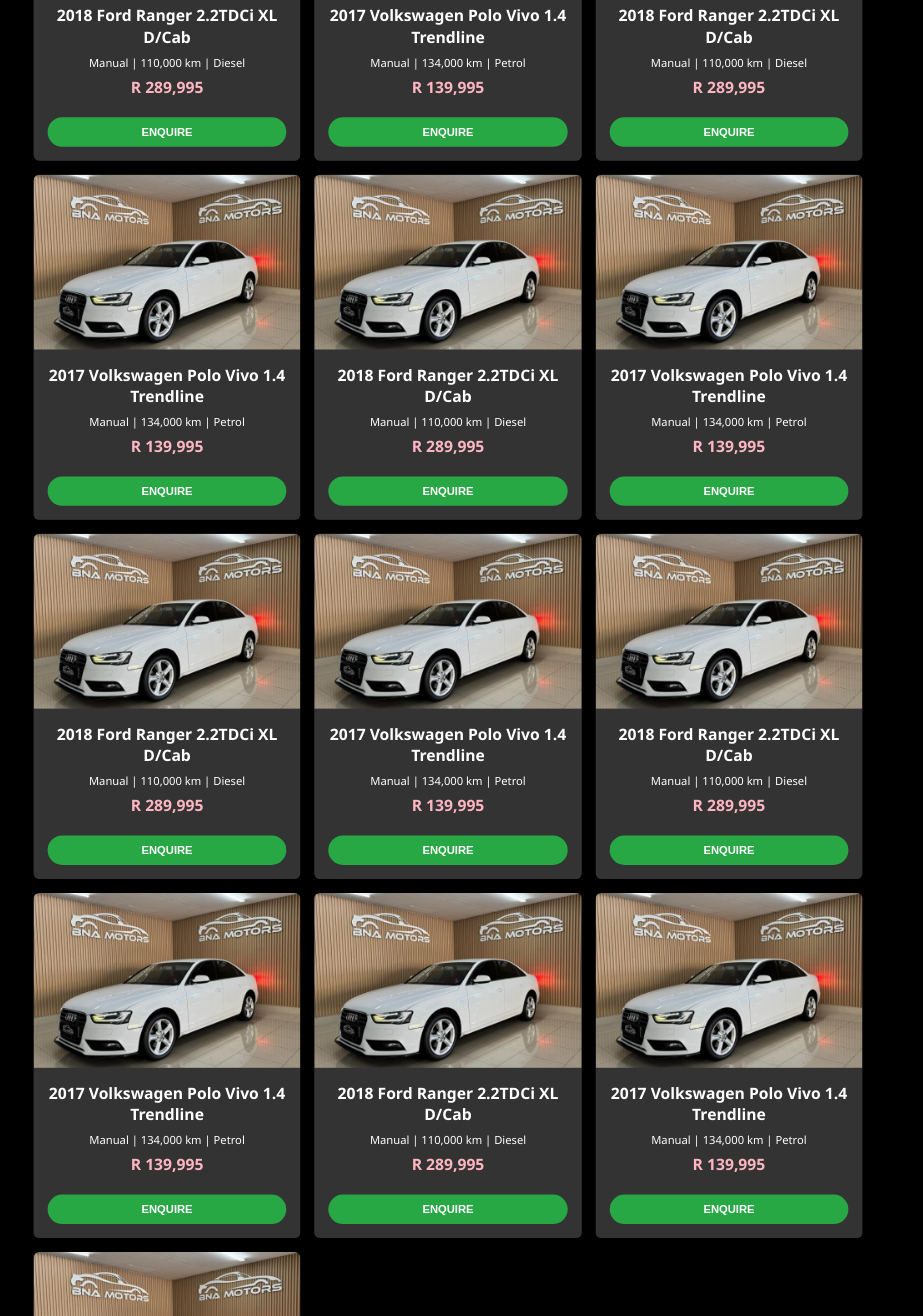
Repository: The-man-of-books/BNA2
Page: index.html
An editor plug-in stored every save of this project. The page is shown before and after the next save, followed by the edit.
The browser window is 1280 px wide. The page is 1318 px wide, so the pictures cover 1318 px, including what lies to the right of the window. The pictures show the part of the page from y = 3231 to 5111 px (the page is 12282 px tall before and 10743 px after), at 70% of full size.

Above is the page before, as saved 2025-07-02 19:04:37.
Console error: TypeError: Cannot set properties of null (setting 'innerHTML')

### index.html
<!DOCTYPE html>
<html lang="en">
<head>
  <meta charset="UTF-8" />
  <meta name="viewport" content="width=device-width, initial-scale=1.0"/>
  <title>BNA Motors</title>
  <link rel="stylesheet" href="style.css" />
  <!-- Slick Carousel CSS -->

</head>

<header class="bna-header">
  <!-- Top Logo Row -->
  <a href="#" class="logo">

      <img src="images/OPT_2.png" alt="BNA Motors Logo" />
    </a>

  <!-- Navigation Bar -->
  <nav class="main-nav">
    <ul>
      <li><a href="#">HOME</a></li>
      <li><a href="#vehicle-listings">PRE-OWNED</a></li>
      <li><a href="#sell-my-car">SELL MY CAR</a></li>
      <li><a href="#finance-application">FINANCE</a></li>
      <li><a href="#contact-us">CONTACT</a></li>
      <li><a href="#bank-repossessed-cars.html">BANK REPOSSESSED CARS</a></li>
      <li>
        <a href="https://wa.me/27783350897?text=Website%20Inquiry%20-%20Please%20Contact%20Me" target="_blank">
          WHATSAPP <img src="https://upload.wikimedia.org/wikipedia/commons/6/6b/WhatsApp.svg" alt="WhatsApp" class="whatsapp-icon" />
        </a>
      </li>
    </ul>
  </nav>

</header>
<section class="carousel">
  <div class="carousel-container">
    <ul class="carousel-track">
      <li class="carousel-slide">
        <img src="images/BNA9610-1.jpeg" alt="Car 1" />
      </li>
      <li class="carousel-slide">
        <img src="images/BNA9544-1.jpeg" alt="Car 2" />
      </li>
      <li class="carousel-slide">
        <img src="images/BNA9382-5.jpeg" alt="Car 3" />
      </li>
    </ul>
  </div>

  <button class="carousel-button carousel-button-left">&#10094;</button>
  <button class="carousel-button carousel-button-right">&#10095;</button>
</section>
<body>
<section class="hero-message">
  <div class="hero-text">
    <h1>WELCOME TO BNA MOTORS</h1>
    <div class="underline"></div>
    <p>QUALITY PRE-OWNED VEHICLES IN THE WESTERN CAPE</p>
  </div>

  <div class="hero-actions">
    <button class="compare-btn">COMPARE SELECTED VEHICLES</button>
  </div>

</section>

<section id="vehicle-listings" class="vehicle-listings">
  <h2 style="color: white; text-align: center; margin-bottom: 30px;">Available Vehicles</h2>

  <div id="mainCarGrid" class="vehicle-grid"></div>

  <div id="mainCarPagination" class="pagination"></div>

  <p id="mainCarStatus" style="color: #ffff00; text-align: center;"></p>
</section>



<section id="bank-repo" class="vehicle-listings">
  <div class="container">
    <h2 style="color: white; text-align: center; margin-bottom: 30px;">Bank Repossessed Cars</h2>

    <div id="bankRepoGrid" class="vehicle-grid"></div>

    <div id="pagination" class="pagination"></div>
  </div>
  <p id="jsonStatus" style="color: #ffff00; text-align: center;"></p>
</section>


<section id="sell-my-car" class="sell-my-car-section">
  <h2>Sell My Car</h2>
  <form action="https://formspree.io/f/YOUR_FORM_ID" method="POST" class="sell-my-car-form">
    <div class="form-row">
      <input type="text" name="title" placeholder="Title*" required>
      <input type="text" name="name" placeholder="Name*" required>
    </div>
    <div class="form-row">
      <input type="text" name="surname" placeholder="Surname*" required>
      <input type="email" name="email" placeholder="Email Address*" required>
    </div>
    <div class="form-row">
      <input type="text" name="contact" placeholder="Contact Number*" required>
      <input type="text" name="suburb" placeholder="Suburb*" required>
    </div>
    <div class="form-row">
      <input type="text" name="province" placeholder="Province*" required>
      <input type="text" name="year" placeholder="Year Manufactured*" required>
    </div>
    <div class="form-row">
      <input type="text" name="make" placeholder="Make*" required>
      <input type="text" name="model" placeholder="Model*" required>
    </div>
    <div class="form-row">
      <input type="text" name="derivative" placeholder="Derivative*" required>
      <input type="text" name="odometer" placeholder="Odometer Reading (KM)*" required>
    </div>
    <div class="form-row">
      <input type="text" name="date" placeholder="Date Registered*" required>
      <input type="text" name="condition" placeholder="Vehicle Condition*" required>
    </div>
    <div class="form-row">
      <input type="text" name="damage" placeholder="Damage or mechanical issues?" required>
    </div>
    <div class="form-row">
      <textarea name="comment" placeholder="Additional Comments (optional)"></textarea>
    </div>
    <div class="form-row checkbox-row">
      <label>
        <input type="checkbox" required>
        I consent to being contacted about this request.
      </label>
    </div>
    <div class="form-row">
      <button type="submit">SUBMIT</button>
    </div>
  </form>
</section>

<section id="finance-application" class="finance-form-section">
  <h2>Finance Application</h2>
  <form action="https://formspree.io/f/YOUR_FORM_ID" method="POST" class="finance-form">
    <!-- VEHICLE -->
    <div class="form-row">
      <label>Which Vehicle (e.g. 2010 2.0)</label>
      <input type="text" name="vehicle_description" required>
    </div>

    <!-- PERSONAL DETAILS -->
    <h3>Personal Details</h3>
    <div class="form-row">
      <select name="title" required>
        <option value="">- Select -</option>
        <option>Mr</option><option>Ms</option><option>Mrs</option>
      </select>
      <input type="text" name="surname" placeholder="Surname*" required>
      <input type="text" name="full_names" placeholder="Full Names*" required>
    </div>
    <div class="form-row">
      <input type="text" name="cell" placeholder="Cell Number*" required>
      <input type="email" name="email" placeholder="Email Address*" required>
      <input type="text" name="sex" placeholder="Sex*" required>
    </div>
    <div class="form-row">
      <input type="text" name="id_number" placeholder="ID Number*" required>
      <input type="number" name="dependants" placeholder="No. of Dependants*" required>
    </div>
    <div class="form-row">
      <select name="marital_status">
        <option value="">Not Selected</option>
        <option>Single</option><option>Married</option><option>Divorced</option>
      </select>
      <select name="marital_contract">
        <option value="">Not Selected</option>
        <option>In community</option><option>Out of community</option>
      </select>
    </div>
    <div class="form-row">
      <input type="text" name="marriage_day" placeholder="Marriage Day (dd)">
      <input type="text" name="marriage_month" placeholder="Marriage Month (mm)">
      <input type="text" name="marriage_year" placeholder="Marriage Year (yyyy)">
    </div>

    <!-- HOME ADDRESS -->
    <h3>Home Address</h3>
    <div class="form-row">
      <input type="text" name="street1" placeholder="Street 1">
      <input type="text" name="street2" placeholder="Street 2">
      <input type="text" name="street3" placeholder="Street 3">
    </div>
    <div class="form-row">
      <input type="text" name="suburb" placeholder="Suburb">
      <input type="text" name="city" placeholder="City">
      <input type="text" name="postal_code" placeholder="Postal Code">
    </div>
    <div class="form-row">
      <input type="text" name="duration_at_address" placeholder="How long have you stayed? (Years/Months)">
    </div>

    <!-- POSTAL ADDRESS -->
    <h3>Postal Address</h3>
    <div class="form-row">
      <input type="text" name="po_box1" placeholder="P.O. Box 1">
      <input type="text" name="po_box2" placeholder="P.O. Box 2">
      <input type="text" name="po_box3" placeholder="P.O. Box 3">
    </div>
    <div class="form-row">
      <input type="text" name="po_suburb" placeholder="P.O. Box Suburb">
      <input type="text" name="po_city" placeholder="P.O. Box City">
      <input type="text" name="po_postal_code" placeholder="P.O. Box Postal Code">
    </div>

    <!-- CONTACTS -->
    <div class="form-row">
      <input type="text" name="tel_home" placeholder="Telephone (Home)">
      <input type="text" name="tel_work" placeholder="Telephone (Work)">
    </div>
    <div class="form-row">
      <input type="text" name="spouse_name" placeholder="Spouse Name (if married)">
      <input type="text" name="spouse_id" placeholder="Spouse ID">
      <input type="text" name="spouse_cell" placeholder="Spouse Cell">
    </div>

    <!-- REFERENCE -->
    <h3>Reference (Not living with you)</h3>
    <div class="form-row">
      <input type="text" name="ref_name" placeholder="Name">
      <input type="text" name="ref_surname" placeholder="Surname">
      <input type="text" name="ref_cell" placeholder="Cell Number">
      <input type="text" name="ref_relationship" placeholder="Relationship">
    </div>
    <div class="form-row">
      <input type="text" name="ref_address" placeholder="Address">
    </div>

    <!-- EMPLOYMENT -->
    <h3>Employer Details</h3>
    <div class="form-row">
      <input type="text" name="employer" placeholder="Company Name">
      <input type="text" name="manager" placeholder="Manager's Name">
      <select name="occupation">
        <option value="">Occupation</option>
        <option>Clerk</option><option>Supervisor</option><option>Other</option>
      </select>
    </div>
    <div class="form-row">
      <input type="text" name="work_duration" placeholder="Time at Job (Years/Months)">
      <input type="text" name="employer_address" placeholder="Employer Address">
      <input type="text" name="employer_tel" placeholder="Employer Telephone">
    </div>
    <div class="form-row">
      <input type="text" name="pay_date" placeholder="When do you get paid?">
    </div>

    <!-- BANKING -->
    <h3>Banking Details</h3>
    <div class="form-row">
      <select name="bank">
        <option value="">Who do you bank with?</option>
        <option>ABSA</option><option>FNB</option><option>Standard Bank</option><option>Capitec Bank</option><option>Nedbank</option>
      </select>
      <select name="account_type">
        <option value="">Type of Account</option>
        <option>Cheque</option><option>Savings</option><option>Credit</option>
      </select>
    </div>
    <div class="form-row">
      <input type="text" name="branch_name" placeholder="Bank Branch Name">
      <input type="text" name="account_number" placeholder="Account Number">
      <input type="text" name="branch_number" placeholder="Branch Code">
    </div>
    <div class="form-row">
      <input type="text" name="account_holder" placeholder="Name of Account Holder">
    </div>

    <!-- INCOME & EXPENSES -->
    <h3>Income and Expenses</h3>
    <div class="form-row">
      <input type="text" name="income_before" placeholder="Income Before Deductions">
      <input type="text" name="income_after" placeholder="Income After Deductions">
      <input type="text" name="expenses_total" placeholder="Total Expenses (Rent, Food, etc)">
    </div>
    <div class="form-row">
      <textarea name="expenses_breakdown" placeholder="Breakdown: Bond, Water, Transport, Loans, Credit Cards, Food, Clothing, Insurance, etc" rows="5"></textarea>
    </div>

    <!-- AGREEMENT -->
    <div class="form-row agreement">
      <label>
        <input type="checkbox" required>
        I hereby consent to a credit check and declare all info provided is true and correct.
      </label>
    </div>

    <div class="form-row">
      <button type="submit">SUBMIT</button>
    </div>
  </form>
</section>

<section id="contact-us" class="contact-form-section">
  <h2>Contact Us</h2>

  <div class="contact-info">
    <h3>Contact Details</h3>
    <ul>
      <li><strong>Tel:</strong> 087 510 0928 / 0783350897</li>
      <li><strong>Website:</strong> <a href="http://www.bnamotors.co.za" target="_blank">www.bnamotors.co.za</a></li>
      <li><strong>Email:</strong> <a href="mailto:bnamotorssales@gmail.com">bnamotorssales@gmail.com</a></li>
      <li><strong>Address:</strong> 255 Voortrekker Road, Goodwood; 374 Voortrekker Road, Parow; 402 Voortrekker Road, Parow, Cape Town, 7500</li>
      <li><strong>Postal:</strong> 402 Voortrekker Road, Parow, Cape Town, 7500</li>
    </ul>

    <h3>Business Hours</h3>
    <ul>
      <li><strong>Vehicle and Parts Sales:</strong> Monday to Friday - 08:00 to 18:00</li>
      <li><strong>Saturdays:</strong> 08:00 to 14:00</li>
      <li><strong>Public Holidays:</strong> 08:00 to 14:00</li>
      <li><strong>Sundays:</strong> Closed</li>
    </ul>
  </div>

  <form action="https://formspree.io/f/YOUR_FORM_ID" method="POST" class="contact-form">
    <h3>Contact Form</h3>

    <div class="form-row">
      <input type="text" name="name" placeholder="Name*" required>
      <input type="text" name="surname" placeholder="Surname*" required>
    </div>
    <div class="form-row">
      <input type="tel" name="telephone" placeholder="Telephone*" required>
      <input type="email" name="email" placeholder="Email*" required>
    </div>
    <div class="form-row">
      <textarea name="comments" placeholder="Comments*" required></textarea>
    </div>

    <div class="form-row">
      <label for="contact-method">Preferred Contact Method:</label>
      <select name="preferred_contact_method" id="contact-method">
        <option value="phone">Phone (call)</option>
        <option value="email">Email</option>
      </select>
    </div>

    <div class="form-row">
      <label>
        <input type="checkbox" name="consent" required>
        I hereby give my consent to all related parties for the collection and use of this information.
      </label>
    </div>

    <div class="form-row">
      <button type="submit">SUBMIT</button>
    </div>
  </form>

  <h3>Branch Details</h3>
  <div class="branch-details">
    <ul>
      <li>
        <strong>374 Voortrekker Road</strong><br>
        Address: 374 Voortrekker Road, Parow, Cape Town, 7501<br>
        Contact: 087 510 0928
      </li>
      <li>
        <strong>403 Voortrekker Road</strong><br>
        Address: 403 Voortrekker Road, Parow, Cape Town, 7500<br>
        Contact: 087 510 0928
      </li>
      <li>
        <strong>255 Voortrekker Road</strong><br>
        Address: 255 Voortrekker Road, Goodwood, Cape Town, 7460<br>
        Contact: 087 510 0928
      </li>
    </ul>
  </div>

  <h3>Sales Department Contacts</h3>
  <ul>
    <li><strong>Rushion Saralina (Sales Manager)</strong><br>Tel: 087 510 0928 | Cell: 078 335 0897 | Email: <a href="mailto:bnamotorssales@gmail.com">bnamotorssales@gmail.com</a></li>
    <li><strong>Marthernic Swartz (Sales Executive)</strong><br>Tel: 073 469 7077 | Cell: 060 492 5793 | Email: <a href="mailto:mswartz@bnamotors.co.za">mswartz@bnamotors.co.za</a></li>
  </ul>
</section>

<footer class="footer">
  <div class="footer-content">
    <div class="footer-logo">
      <img src="images/BNA_FOOTER_LOGO_V1.png" alt="BNA Motors" />
    </div>
    <div class="footer-info">
      <ul>
        <li><strong>Contact:</strong> 078 335 0897 / 087 510 0928</li>
        <li><strong>Email:</strong> <a href="mailto: bnamotorssales@gmail.com">bnamotorssales@gmail.com</a></li>
        <li><strong>Address:</strong> 255 Voortrekker Road, Goodwood; 374 Voortrekker Road, Parow; 402 Voortrekker Road, Parow, Cape Town, 7500</li>
        <li><strong>Website:</strong> <a href="http://www.bnamotors.co.za" target="_blank">www.bnamotors.co.za</a></li>
      </ul>
    </div>
    <div class="footer-social">
      <a href="https://www.facebook.com/share/1Nx6f48hyD/" target="_blank">Facebook</a> |
      <a href="#" target="_blank">Instagram</a> |
      <a href="#" target="_blank">Twitter</a>
    </div>
  </div>
  <div class="footer-bottom">
    <p>&copy; 2025 BNA Motors. All Rights Reserved.</p>
  </div>
</footer>

<script src="script.js"></script>

<!-- Place this in your HTML where the cards should load -->
<div id="bankRepoGrid" class="vehicle-grid"></div>
<p id="statusMsg" style="text-align:center;color:orange;"></p>

<script>
document.addEventListener("DOMContentLoaded", () => {
  const grid = document.getElementById("bankRepoGrid");
  const status = document.getElementById("statusMsg");

  fetch('bank-repo-cars.json')
    .then(res => {
      if (!res.ok) throw new Error("JSON file not found");
      return res.json();
    })
    .then(cars => {
      if (!Array.isArray(cars)) throw new Error("Invalid JSON format");
      if (cars.length === 0) {
        status.textContent = "No repossessed cars listed yet.";
        return;
      }

      cars.forEach(car => {
        const card = `
          <div class="vehicle-card">
            <img src="${car.image}" alt="${car.title}" />
            <div class="vehicle-info">
              <h3>${car.title}</h3>
              <p>${car.desc}</p>
              <p class="price">${car.price}</p>
              <button class="enquire-btn">ENQUIRE</button>
            </div>
          </div>
        `;
        grid.innerHTML += card;
      });

      status.textContent = "✔ Cars loaded";
    })
    .catch(err => {
      status.textContent = `❌ Failed: ${err.message}`;
      console.error(err);
    });
});
</script>

<!-- jQuery + Slick Carousel JS -->
<script src="https://code.jquery.com/jquery-3.6.0.min.js"></script>
<script src="https://cdn.jsdelivr.net/npm/slick-carousel@1.8.1/slick/slick.min.js"></script>

<script>
  document.addEventListener("DOMContentLoaded", () => {
  const grid = document.getElementById("carGrid");
  const pagination = document.getElementById("pagination");
  const carsPerPage = 6;
  let currentPage = 1;
  let allCars = [];

  fetch('bank-repo-cars.json')
    .then(res => res.json())
    .then(data => {
      allCars = data;
      renderPage(currentPage);
      renderPagination();
    })
    .catch(err => {
      grid.innerHTML = "<p style='color:red;'>❌ Failed to load cars.</p>";
      console.error(err);
    });

  function renderPage(page) {
    grid.innerHTML = '';
    const start = (page - 1) * carsPerPage;
    const end = start + carsPerPage;
    const pageCars = allCars.slice(start, end);

    pageCars.forEach(car => {
      const card = document.createElement('div');
      card.className = 'vehicle-card';
      card.innerHTML = `
        <img src="${car.image}" alt="${car.title}" />
        <div class="vehicle-info">
          <h3>${car.title}</h3>
          <p>${car.desc}</p>
          <p class="price">${car.price}</p>
          <button class="enquire-btn">ENQUIRE</button>
        </div>
      `;
      grid.appendChild(card);
    });
  }

  function renderPagination() {
    pagination.innerHTML = '';
    const totalPages = Math.ceil(allCars.length / carsPerPage);

    for (let i = 1; i <= totalPages; i++) {
      const btn = document.createElement('button');
      btn.textContent = i;
      if (i === currentPage) btn.classList.add('active');
      btn.addEventListener('click', () => {
        currentPage = i;
        renderPage(currentPage);
        renderPagination();
      });
      pagination.appendChild(btn);
    }

    // Add next button
    if (currentPage < totalPages) {
      const nextBtn = document.createElement('button');
      nextBtn.textContent = 'Next';
      nextBtn.addEventListener('click', () => {
        currentPage++;
        renderPage(currentPage);
        renderPagination();
      });
      pagination.appendChild(nextBtn);
    }
  }
});

</script>

<form id="enquiryForm" action="https://formspree.io/f/your_form_id" method="POST" style="display: none;">
  <input type="hidden" name="vehicle" id="vehicleName">
  <input type="text" name="name" placeholder="Your Name" required>
  <input type="email" name="email" placeholder="Your Email" required>
  <textarea name="message" placeholder="Your message" required></textarea>
  <button type="submit">Send Enquiry</button>
</form>


<!-- WhatsApp Floating Button -->
<a href="https://wa.me/27783350897?text=Hi%20BNA%20Motors,%20I'm%20interested%20in%20a%20vehicle."
   class="whatsapp-float"
   target="_blank"
   aria-label="Chat on WhatsApp">
  <img src="https://upload.wikimedia.org/wikipedia/commons/6/6b/WhatsApp.svg" alt="WhatsApp" />
</a>

</body>
</html>

### bank-repo-cars.json

[
  {
    "title": "2017 Volkswagen Polo Vivo 1.4 Trendline",
    "desc": "Manual | 134,000 km | Petrol",
    "price": "R 139,995",
    "image": "images/BNA9122-11.jpeg"
  },
  {
    "title": "2018 Ford Ranger 2.2TDCi XL D/Cab",
    "desc": "Manual | 110,000 km | Diesel",
    "price": "R 289,995",
    "image": "images/BNA9122-11.jpeg"
  },
  {
    "title": "2017 Volkswagen Polo Vivo 1.4 Trendline",
    "desc": "Manual | 134,000 km | Petrol",
    "price": "R 139,995",
    "image": "images/BNA9122-11.jpeg"
  },
  {
    "title": "2018 Ford Ranger 2.2TDCi XL D/Cab",
    "desc": "Manual | 110,000 km | Diesel",
    "price": "R 289,995",
    "image": "images/BNA9122-11.jpeg"
  },
  {
    "title": "2017 Volkswagen Polo Vivo 1.4 Trendline",
    "desc": "Manual | 134,000 km | Petrol",
    "price": "R 139,995",
    "image": "images/BNA9122-11.jpeg"
  },
  {
    "title": "2018 Ford Ranger 2.2TDCi XL D/Cab",
    "desc": "Manual | 110,000 km | Diesel",
    "price": "R 289,995",
    "image": "images/BNA9122-11.jpeg"
  },
  {
    "title": "2017 Volkswagen Polo Vivo 1.4 Trendline",
    "desc": "Manual | 134,000 km | Petrol",
    "price": "R 139,995",
    "image": "images/BNA9122-11.jpeg"
  },
  {
    "title": "2018 Ford Ranger 2.2TDCi XL D/Cab",
    "desc": "Manual | 110,000 km | Diesel",
    "price": "R 289,995",
    "image": "images/BNA9122-11.jpeg"
  },
  {
    "title": "2017 Volkswagen Polo Vivo 1.4 Trendline",
    "desc": "Manual | 134,000 km | Petrol",
    "price": "R 139,995",
    "image": "images/BNA9122-11.jpeg"
  },
  {
    "title": "2018 Ford Ranger 2.2TDCi XL D/Cab",
    "desc": "Manual | 110,000 km | Diesel",
    "price": "R 289,995",
    "image": "images/BNA9122-11.jpeg"
  }
]

Loaded but not shown: cars.json (468 lines, source omitted); script.js (195 lines, source omitted); style.css (915 lines, source omitted)

After the next save:
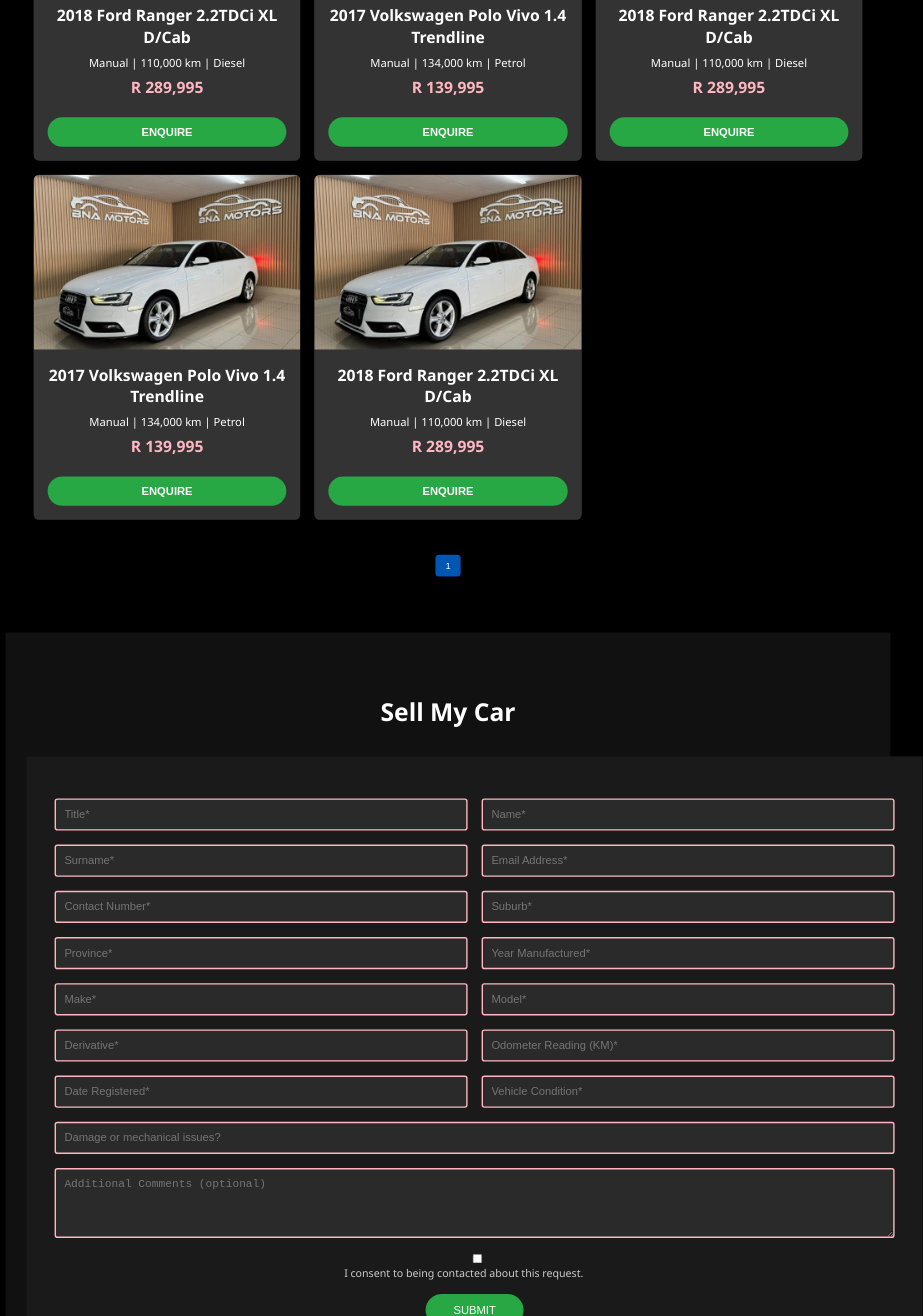
Saved 3 min 11 s later.
--- a/bank-repo-cars.json
+++ b/bank-repo-cars.json
@@ -23,41 +23,5 @@
     "desc": "Manual | 110,000 km | Diesel",
     "price": "R 289,995",
     "image": "images/BNA9122-11.jpeg"
-  },
-  {
-    "title": "2017 Volkswagen Polo Vivo 1.4 Trendline",
-    "desc": "Manual | 134,000 km | Petrol",
-    "price": "R 139,995",
-    "image": "images/BNA9122-11.jpeg"
-  },
-  {
-    "title": "2018 Ford Ranger 2.2TDCi XL D/Cab",
-    "desc": "Manual | 110,000 km | Diesel",
-    "price": "R 289,995",
-    "image": "images/BNA9122-11.jpeg"
-  },
-  {
-    "title": "2017 Volkswagen Polo Vivo 1.4 Trendline",
-    "desc": "Manual | 134,000 km | Petrol",
-    "price": "R 139,995",
-    "image": "images/BNA9122-11.jpeg"
-  },
-  {
-    "title": "2018 Ford Ranger 2.2TDCi XL D/Cab",
-    "desc": "Manual | 110,000 km | Diesel",
-    "price": "R 289,995",
-    "image": "images/BNA9122-11.jpeg"
-  },
-  {
-    "title": "2017 Volkswagen Polo Vivo 1.4 Trendline",
-    "desc": "Manual | 134,000 km | Petrol",
-    "price": "R 139,995",
-    "image": "images/BNA9122-11.jpeg"
-  },
-  {
-    "title": "2018 Ford Ranger 2.2TDCi XL D/Cab",
-    "desc": "Manual | 110,000 km | Diesel",
-    "price": "R 289,995",
-    "image": "images/BNA9122-11.jpeg"
   }
 ]
